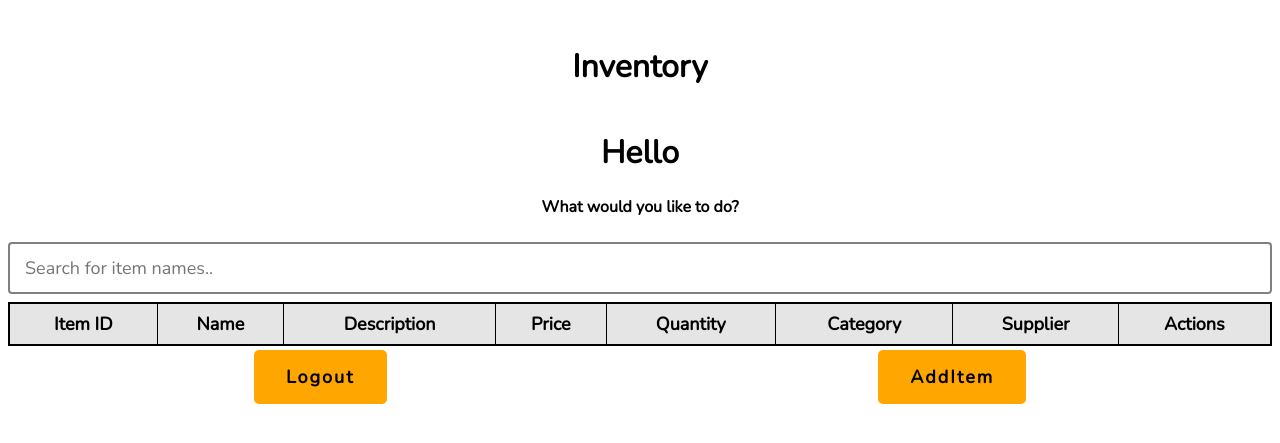
Repository: arshad-shah/Software-enginnering-3-software-patterns
Page: http://localhost/InventorySystemApp/inventory.jsp
These files come from the project's save history. The page is drawn as it stood at one moment and after the next save; the edit follows.
The browser window is 1280 px wide. The pictures show the whole page.
The page is served by Tomcat 9. Other server files are loaded and not shown.

Above is the page before, as saved 2021-11-23 11:45:45.

### workspace/InventorySystemApp/WebContent/inventory.jsp
<%@ page language="java" contentType="text/html; charset=ISO-8859-1"
pageEncoding="ISO-8859-1"%>
<%@ taglib prefix="c" uri="http://java.sun.com/jsp/jstl/core" %>

<!DOCTYPE html PUBLIC "-//W3C//DTD HTML 4.01 Transitional//EN" "http://www.w3.org/TR/html4/loose.dtd">
<html>
  <head>
    <meta http-equiv="Content-Type" content="text/html; charset=ISO-8859-1" />
    <title>Inventory</title>
    <link rel="stylesheet" href="style.css">
    <link rel="preconnect" href="https://fonts.googleapis.com">
	<link rel="preconnect" href="https://fonts.gstatic.com" crossorigin>
	<link href="https://fonts.googleapis.com/css2?family=Nunito&display=swap" rel="stylesheet">
	<script src="https://unpkg.com/feather-icons"></script>
  </head>

  <body>
    <c:set var="user" value="${sessionScope.user}" />
    <div class="inventoryHeader">
    <h1>Inventory</h1>
    <h1><b>Hello <c:out value="${user}" /></b></h1>
    	<b>What would you like to do?</b>
    </div>
	<input class="searchinput" type="text" id="myInput" onkeyup="searchFunction()" placeholder="Search for item names.." title="Type in a name">
    <!-- fill out the table with the inventory from sessionScope -->
    <table border="1" id="myTable">
      <tr>
        <th>Item ID</th>
        <th>Name</th>
        <th>Description</th>
        <th>Price</th>
        <th>Quantity</th>
        <th>Category</th>
        <th>Supplier</th>
        <th>Actions</th>
      </tr>
      <c:forEach items="${sessionScope.inventory.getInventory()}" var="item">
        <tr>
          <td>${item.itemId}</td>
          <td>${item.itemName}</td>
          <td>${item.itemDesc}</td>
          <td>${item.itemPrice} EUR</td>
          <td>${item.itemQuantity} </td>
          <td>${item.itemCategory}</td>
          <td>${item.itemSupplier}</td>
          <td>
          <div class="iconButtons">
	         <form action="FrontController" method="post">
	          	 <input type="hidden" name="itemid" value="${item.itemId}"/>
			     <input type="hidden" name="action" value="GetItem" />
			     <button class="iconbutton" type="submit"><i data-feather="edit"></i></button>
			  </form>

		    <form action="FrontController" method="post">
		      <input type="hidden" name="action" value="DeleteItem" />
		      <input type="hidden" name="itemid" value="${item.itemId}"/>
		      <button class="iconbutton" type="submit"><i data-feather="trash-2"></i></button>
		    </form>

          </div>
		  </td>
        </tr>
      </c:forEach>
      <!-- end of forEach -->
    </table>

    <div class="actionButtons">
	    <form action="FrontController" method="post">
	      <input type="hidden" name="action" value="LogoutUser" />
	      <input class="button" type="submit" value="Logout" />
	    </form>

	    <form action="FrontController" method="post">
	      <input type="hidden" name="action" value="AddItemClick" />
	      <input class="button" type="submit" value="AddItem" />
	    </form>
	</div>

	<script>
      feather.replace()
    </script>

    <script>
		function searchFunction() {
		  var input, filter, table, tr, td, i, txtValue;
		  input = document.getElementById("myInput");
		  filter = input.value.toUpperCase();
		  table = document.getElementById("myTable");
		  tr = table.getElementsByTagName("tr");
		  for (i = 0; i < tr.length; i++) {
			  console.log(tr.length);
		    td = tr[i].getElementsByTagName("td")[1];
		    if (td) {
		      txtValue = td.textContent || td.innerText;
		      if (txtValue.toUpperCase().indexOf(filter) > -1) {
		        tr[i].style.display = "";
		      } else {
		        tr[i].style.display = "none";
		      }
		    }
		  }
		}
	</script>
  </body>
</html>

### workspace/InventorySystemApp/WebContent/style.css
@charset "ISO-8859-1";

*{
	font-family: 'Nunito', sans-serif;
}
.loginContainer{
	width: 100%;
    height: 100%;
    min-height: 100vh;
    display: flex;
    align-items: center;
    justify-content: center;
    align-content: center;
    flex-direction: column;
}
.loginForm{
	width:auto;
	height:auto;
	padding:24px;
	display: flex;
	flex-direction: column;
	align-content: center;
	justify-content: center;
	align-items: stretch;
	/* Add shadows to create the "card" effect */
	box-shadow: 1px 1px 5px 4px rgba(0,0,0,0.15);
	transition: 0.3s;
	border-radius: 10px;
}

.signUpContainer{
	width: 100%;
    height: 100%;
    min-height: 100vh;
    display: flex;
    align-items: center;
    justify-content: center;
    align-content: center;
    flex-direction: column;
}
.signUpForm{
	width:auto;
	height:auto;
	padding:24px;
	display: flex;
	flex-direction: column;
	align-content: center;
	justify-content: center;
	align-items: stretch;
	/* Add shadows to create the "card" effect */
	box-shadow: 1px 1px 5px 4px rgba(0,0,0,0.15);
	transition: 0.3s;
	border-radius: 10px;
}

.formHeading{
	text-align:center;
}

.loginFormButtons{
    display: flex;
    flex-direction: row;
    align-content: center;
    justify-content: space-around;
    align-items: center;
}

.actionButtons{
    display: flex;
    justify-content: space-around;
    align-content: center;
    flex-direction: row;
}
.button{
	border-radius: 5px;
    background-color: #ffa600;
    border: none;
    color: #000;
    padding: 15px 32px;
    text-align: center;
    text-decoration: none;
    display: inline-block;
    font-size: 18px;
    font-weight: 700;
    letter-spacing: 2px;
    margin: 4px 2px;
    cursor: pointer;
    -webkit-transition-duration: .4s;
    transition-duration: .4s;
}

.button:hover {
    border-radius: 5px;
    box-shadow: 0 12px 16px 0 rgba(0,0,0,.24),0 17px 50px 0 rgba(0,0,0,.19);
}

.input{
	padding: 12px 15px;
	margin: 8px 0;
	box-sizing: border-box;
	border: 2px solid grey;
  	border-radius: 4px;
  	font-size: 18px;
}
.searchinput{
	padding: 12px 15px;
	margin: 8px 0;
	box-sizing: border-box;
	border: 2px solid grey;
  	border-radius: 4px;
  	font-size: 18px;
  	width:100%;
}


table {
  border-collapse: collapse;
  width: 100%;
  border: 2px solid black;
  border-radius: 10px;
}

th{
  text-align: center;
  padding: 8px;
  font-weight: bold;
  font-size: 18px;
  background-color: #e5e5e5;
}
td {
  text-align: left;
  padding: 8px;
  font-size: 14px;
   font-weight: bold;
}

tr:nth-child(even) {background-color: #e5e5e5;}


.inventoryHeader{
	display:flex;
	flex-direction: column;
    align-items: center;
    padding: 16px;
}

.iconButtons{
	display:flex;
}

.iconbutton{
	border-radius: 5px;
    background-color: #ffa600;
    border: none;
    color: #000;
    padding: 15px 32px;
    text-align: center;
    text-decoration: none;
    font-size: 18px;
    font-weight: 700;
    letter-spacing: 2px;
    margin: 4px 2px;
    cursor: pointer;
    -webkit-transition-duration: .4s;
    transition-duration: .4s;
}

.iconbutton:hover {
    border-radius: 5px;
    box-shadow: 0 12px 16px 0 rgba(0,0,0,.24),0 17px 50px 0 rgba(0,0,0,.19);
}

After the next save:
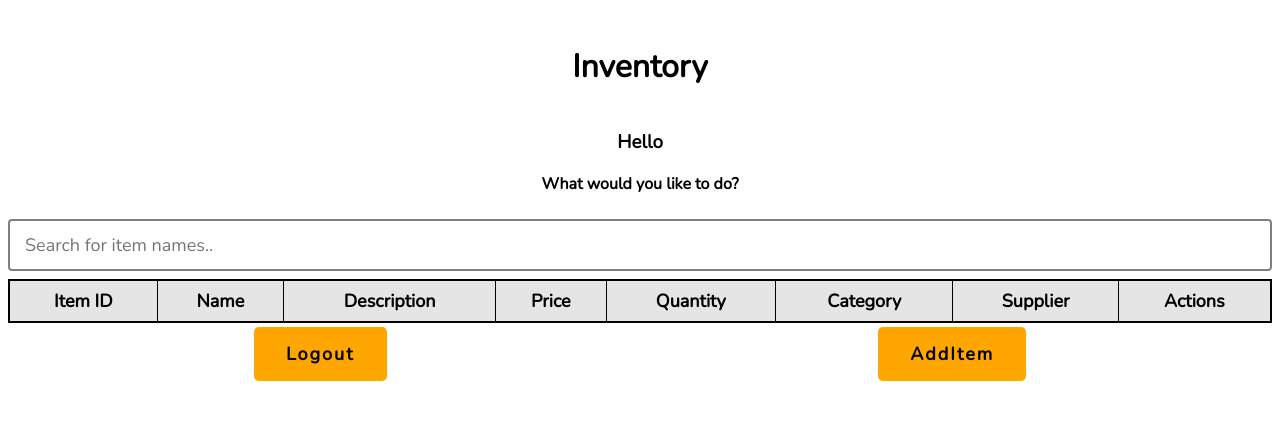
Saved 11 s later.
--- a/workspace/InventorySystemApp/WebContent/inventory.jsp
+++ b/workspace/InventorySystemApp/WebContent/inventory.jsp
@@ -18,7 +18,7 @@ pageEncoding="ISO-8859-1"%>
     <c:set var="user" value="${sessionScope.user}" />
     <div class="inventoryHeader">
     <h1>Inventory</h1>
-    <h1><b>Hello <c:out value="${user}" /></b></h1>
+    <h3><b>Hello <c:out value="${user}" /></b></h3>
     	<b>What would you like to do?</b>
     </div>
 	<input class="searchinput" type="text" id="myInput" onkeyup="searchFunction()" placeholder="Search for item names.." title="Type in a name">
